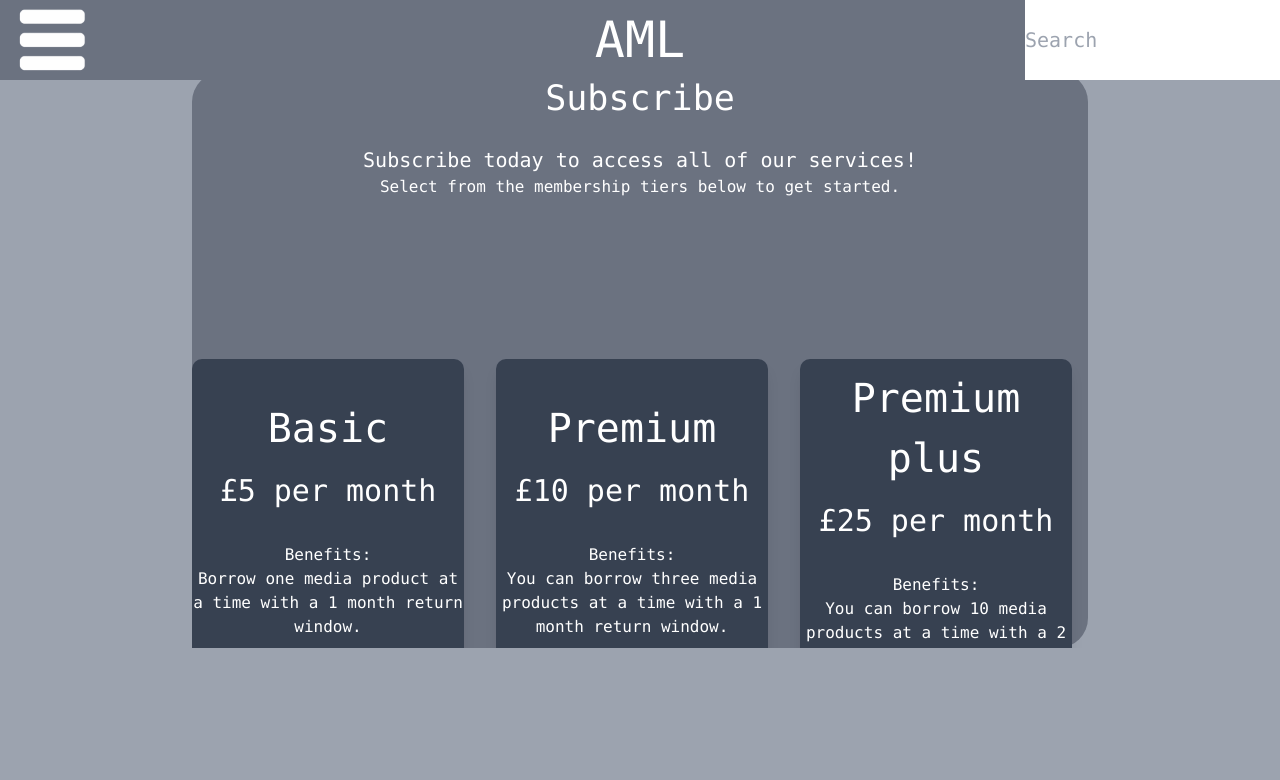
Repository: DuyKhanhDo/AML-Concept
Page: http://localhost/subscribe
The author's editor kept a copy of each file at every save. The page is drawn from the files as they stood at one save, then again after the next save.
The browser window is 1280 px wide. The pictures show the whole page.
Some web libraries are served in a nearby version. The page is served by the project's Laravel application, run on PHP 8.4 with Laravel 12. A made-up administrator, Test User (test@example.com), is signed in.

Above is the page before, as saved 2024-11-11 14:19:29.

After the next save:
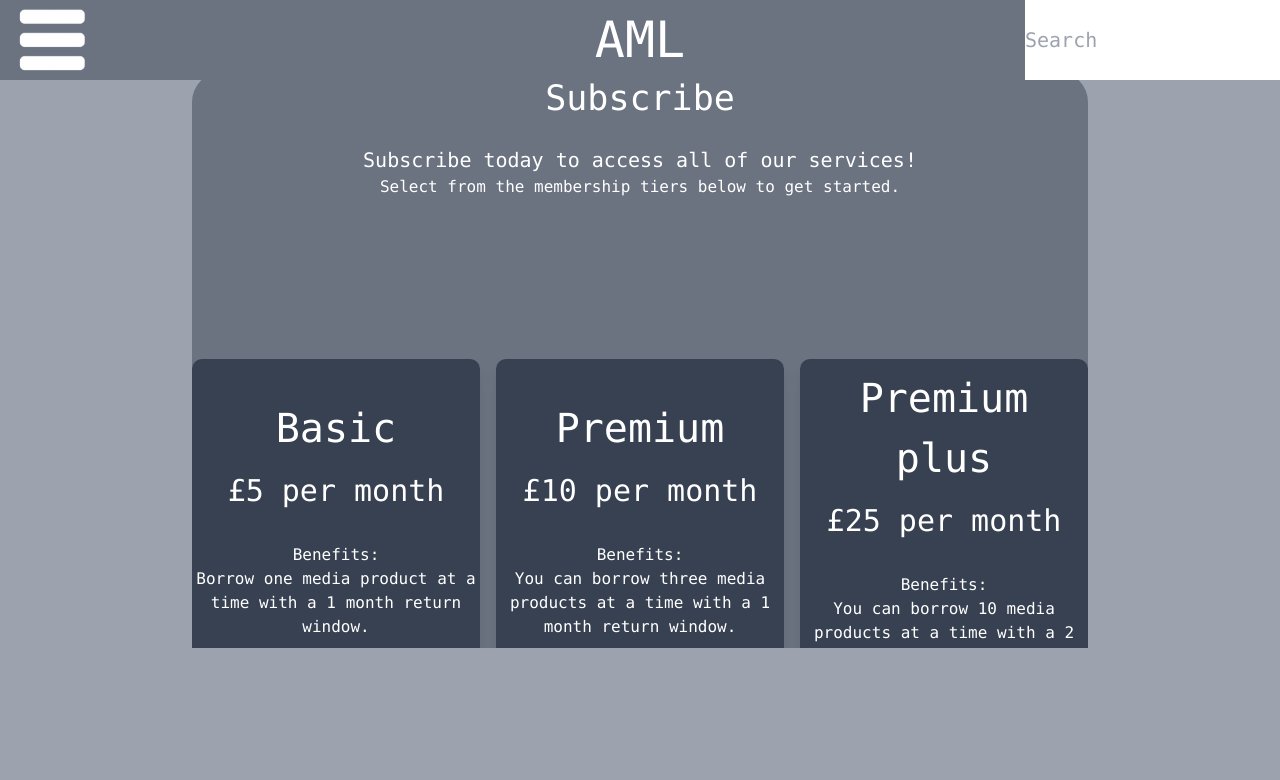
Saved 9 s later.
--- a/resources/views/components/subscription-tier.blade.php
+++ b/resources/views/components/subscription-tier.blade.php
@@ -5,4 +5,4 @@
     <h3>{{ $benefits }}</h3>
 </button>
 
-<div id="payment-options"></div>
+<div id="payment-options" class="hidden"></div>
